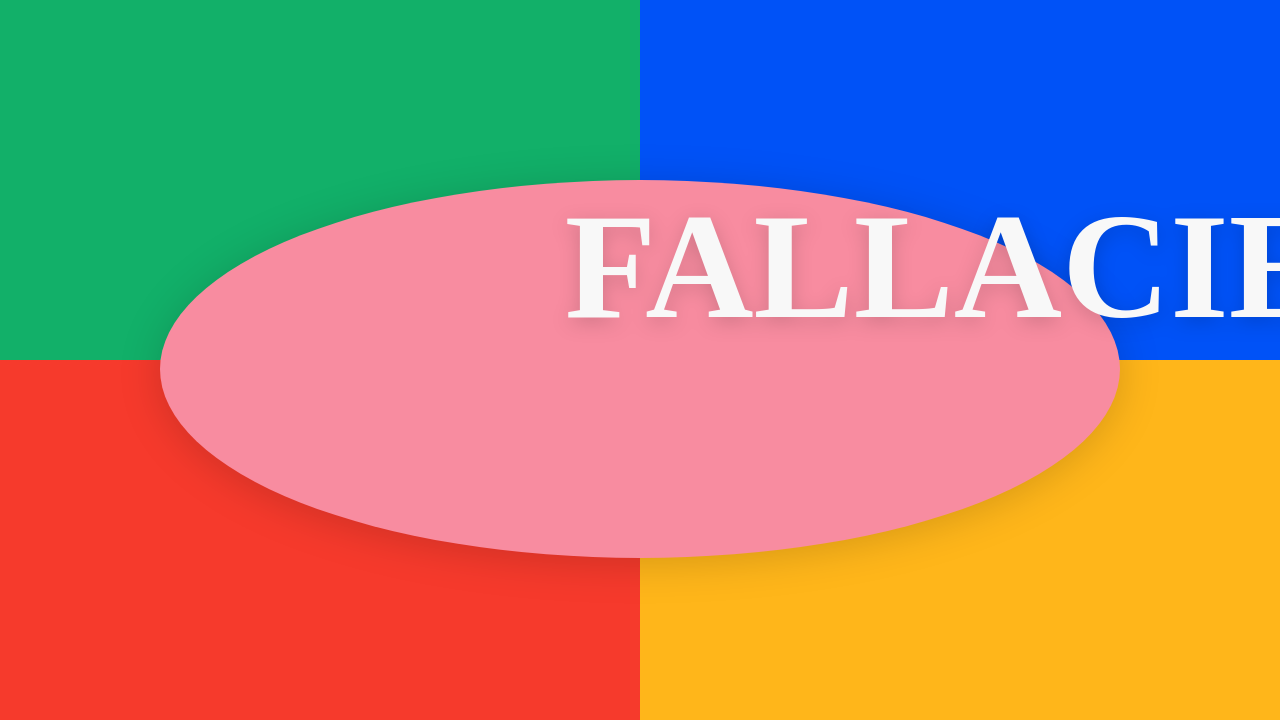
Repository: yafugray/fallacies
Page: project/Midterm project/index.html
An editor plug-in stored every save of this project. The page is shown before and after the next save, followed by the edit.
The browser window is 1280 px wide. The pictures show the whole page.

Above is the page before, as saved 2020-03-12 15:00:48.

### project/Midterm project/index.html
<!DOCTYPE html>
<html lang="en">
<head>
    <meta charset="UTF-8">
    <meta name="viewport" content="width=device-width, initial-scale=1.0">
    <title>Fallacies</title>
    <link href="app.css" rel="stylesheet">
</head>
<body>
    <div id="Mainpage">
        <div id="rec1"></div>
        <div id="rec2"></div>
        <div id="rec3"></div>
        <div id="rec4"></div>
        <div id="group1">
            <svg class="ellipse">
                <ellipse fill="rgba(248,140,160,1)" id="Ellipse_8" rx="75%" ry="75%" cx="50%" cy="75%">
                </ellipse>
            </svg>
            <div id="fallacies">
                <span>FALLACIES</span>
            </div>
        </div>
    </div>
</body>
</html>

### project/Midterm project/app.css
* {
    margin: 0;
    padding: 0;
    box-sizing: border-box;
    border: none;
}

#Mainpage {
    position: absolute;
    width: 100vw;
    height: 100vh;
    background-color: azure;
    overflow: hidden;
}
@keyframes fadein {

    0% {
        opacity: 0;
    }
    100% {
        opacity: 1;
    }

}

#rec1 {
	position: absolute;
	overflow: visible;
	width: 50vw;
	height: 50vh;
	left: 0px;
    top: 0px;
    background-color: rgba(18,176,105,1);
}
#rec4 {
	position: absolute;
	overflow: visible;
	width: 50vw;
	height: 50vh;
	left: 0px;
    bottom: 0px;
    background-color: rgba(246,58,44,1);
}
#rec2 {
	position: absolute;
	overflow: visible;
	width: 50vw;
	height: 50vh;
	right: 0px;
    top: 0px;
    background-color: rgba(0,82,247,1);
}
#rec3 {
	position: absolute;
	overflow: visible;
	width: 50vw;
	height: 50vh;
	right: 0px;
    bottom: 0px;
    background-color: rgba(255,182,26,1);
}

#group1 {
    position: absolute;
	width: 70vw;
	height: 35vh;
    left: 25%;
    right: 25%;
    top: 25%;
    bottom: 25%;
	overflow: visible;
	--web-animation: fadein 0.3s ease-out;
	--web-action-type: page;
	--web-action-target: custom___2.html;
	cursor: pointer;
}

.ellipse {
    filter: drop-shadow(0px 5px 20px rgba(0, 0, 0, 0.161));
	position: absolute;
	overflow: visible;
	width: 50vw;
	height: 35vh;
    left: 0px;
    right:0px;
    top: 0px;
    bottom: 0px;
}

#fallacies {
    filter: drop-shadow(0px 5px 10px rgba(0, 0, 0, 0.161));
    position: absolute;
    align-items: center;
    justify-content: center;
    right: 25%;
    left: 25%;
    width: 889px;
    overflow: visible;
    white-space: nowrap;
    text-align: center;
    font-family: TitlingGothicFB Narrow;
    font-style: normal;
    font-weight: bold;
    font-size: 150px;
    color: rgba(248,248,248,1);
}

After the next save:
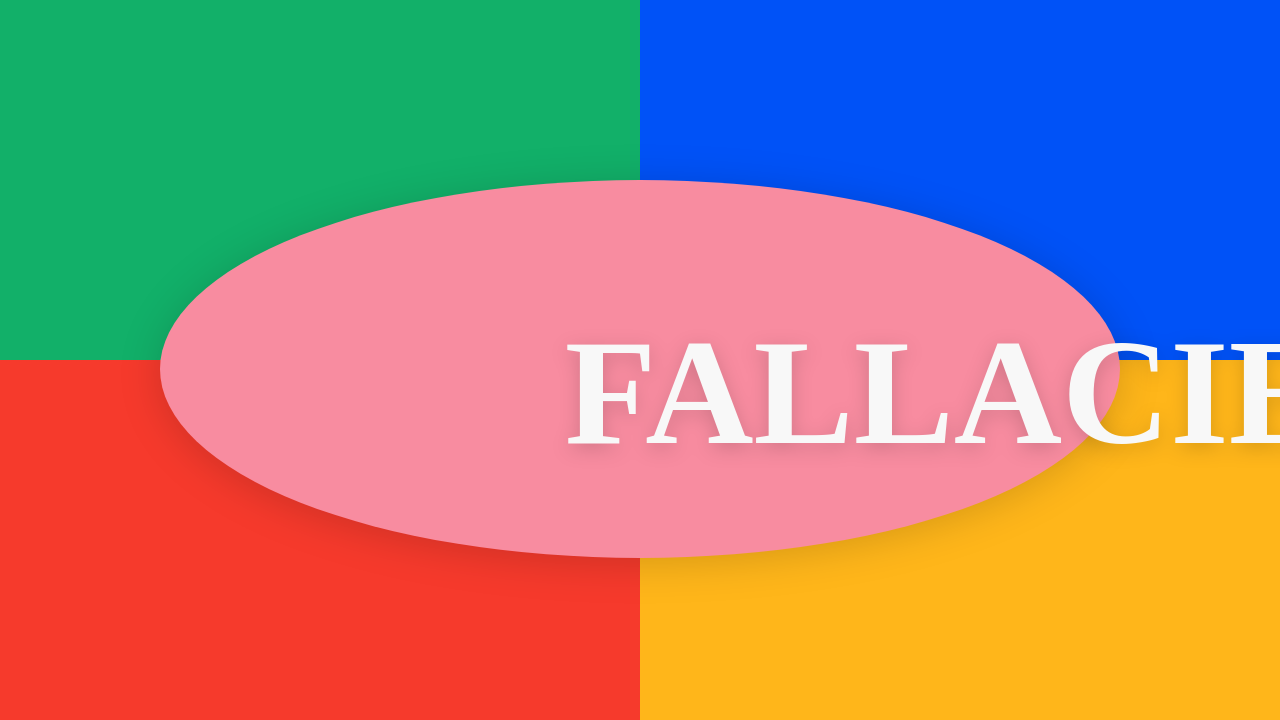
Saved 47 s later.
--- a/project/Midterm project/app.css
+++ b/project/Midterm project/app.css
@@ -92,6 +92,7 @@
     position: absolute;
     align-items: center;
     justify-content: center;
+    top: 50%;
     right: 25%;
     left: 25%;
     width: 889px;
